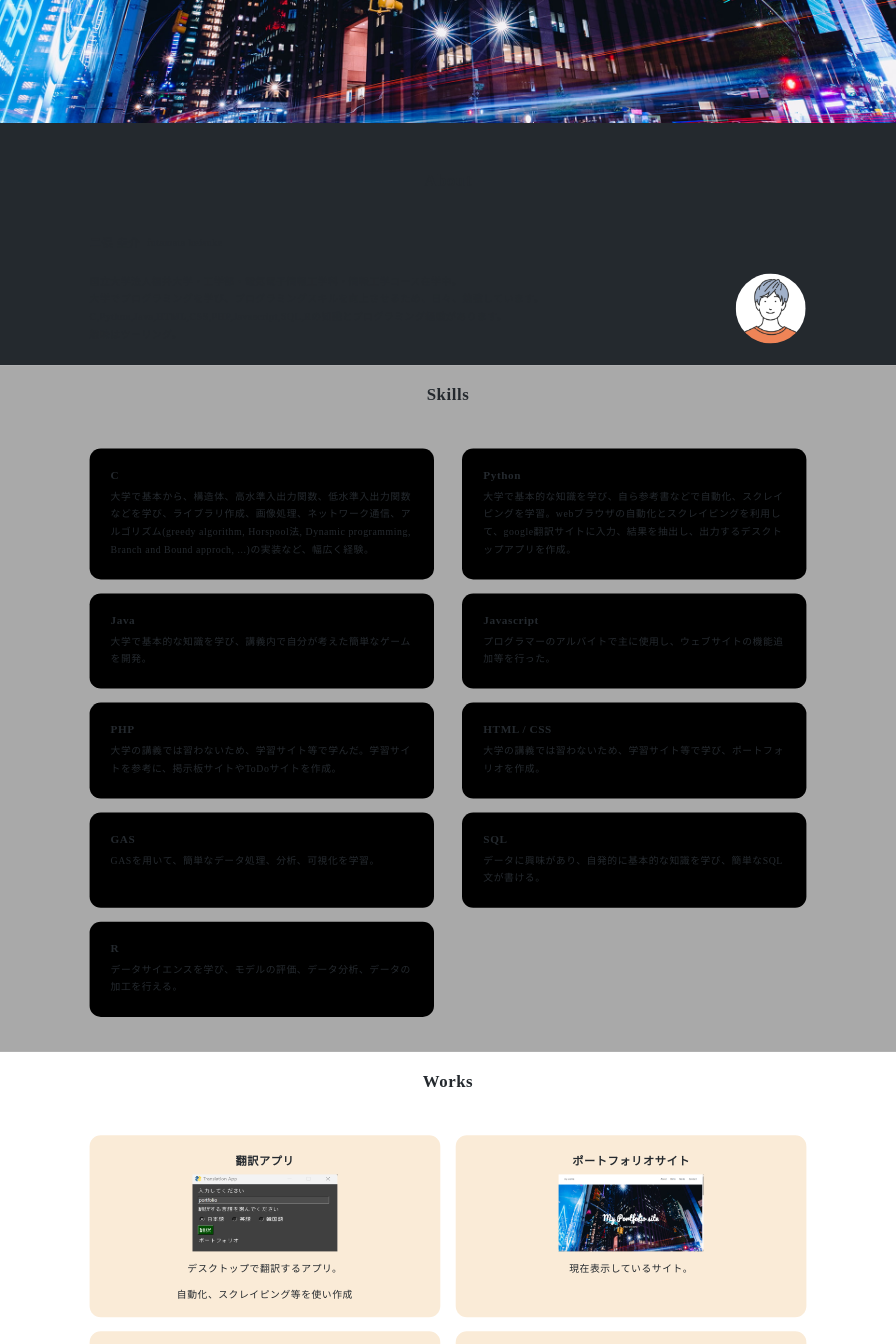
Repository: F-ksk/portfolio
Page: index.html
An editor plug-in stored every save of this project. The page is shown before and after the next save, followed by the edit.
The browser window is 1280 px wide. The pictures show the part of the page from y = 454 to 2374 px (the page is 3495 px tall), at 70% of full size.

Above is the page before, as saved 2023-11-12 23:48:07.

After the next save:
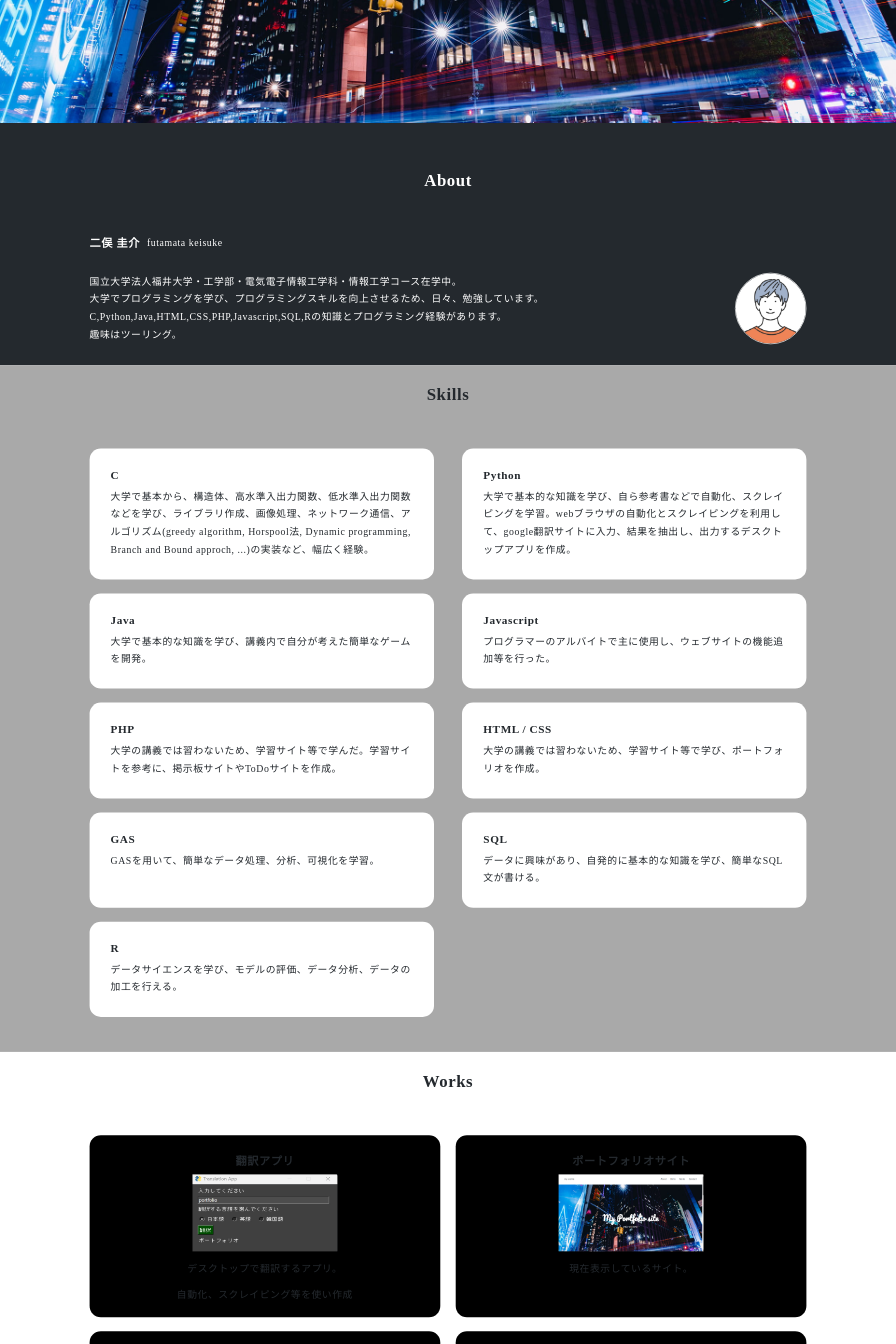
Saved 109 s later.
--- a/css/style.css
+++ b/css/style.css
@@ -84,6 +84,7 @@ header li {
 
 #about{
     background-color: #24292e;
+    color: #fff;
 }
 
 #about-name{
@@ -139,7 +140,7 @@ section {
 
 .skill-item {
     width: 48%;
-    background-color: black;
+    background-color: #fff;
     border-radius: 16px;
     margin-bottom: 20px;
     padding: 30px;
@@ -159,7 +160,7 @@ section {
 
 .work-description {
     padding: 20px;
-    background-color:antiquewhite;
+    background-color:black;
     border-radius: 16px;
     margin-bottom: 20px;
     width: 45%;
